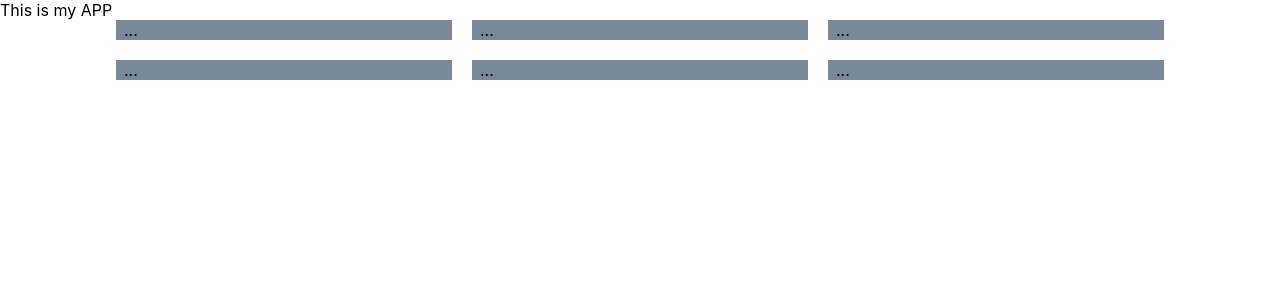
Repository: vnevescode/ui-components-react
Page: /
An editor plug-in stored every save of this project. The page is shown before and after the next save, followed by the edit.
The browser window is 1280 px wide. The pictures show the whole page.
The project was rebuilt for these pictures with package versions that can differ from the ones it lists, and the page was loaded fresh each time.

Above is the page before, as saved 2022-06-09 22:22:31.

### src/App.js
import React from 'react';
import Cards from './components/Cards/Cards';

function App() {
  return (
    <div className="App">
      <div>This is my APP</div>
      <Cards/>
    </div>
  );
}

export default App;

### src/components/Cards/Cards.jsx
import React from 'react'
import './Cards.style.css'

const Cards = () => {
  return (
    <>
        <div className="cards">
            {/* A card with given width */}
            <div className="cards__item">
                {'...'}
            </div>
            {/* Repeat other cards */}
            <div className="cards__item">
                {'...'}
            </div>
            <div className="cards__item">
                {'...'}
            </div>
            <div className="cards__item">
                {'...'}
            </div>
            <div className="cards__item">
                {'...'}
            </div>
            <div className="cards__item">
                {'...'}
            </div>
        </div>
    </>
  )
}

export default Cards

### src/components/Cards/Cards.style.css

.cards{
    display: flex;
    /* flex-direction: column; */
    justify-content: center;
    flex-wrap: wrap;
    gap: 20px;
    width: 100%;
}

.cards__item{
    /* width: 50px;
    height: 50px; */
    flex-basis: 25%;
    padding-left: 8px;
    padding-right: 8px;
    background-color: lightslategray;
}

Loaded but not shown: public/index.html (common file); src/index.js (common file); src/index.css (common file)

After the next save:
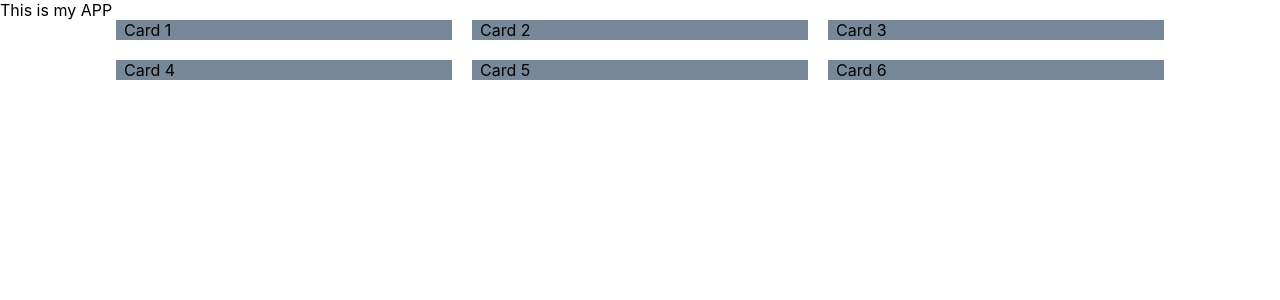
Saved 35 s later.
--- a/src/components/Cards/Cards.jsx
+++ b/src/components/Cards/Cards.jsx
@@ -7,23 +7,23 @@ const Cards = () => {
         <div className="cards">
             {/* A card with given width */}
             <div className="cards__item">
-                {'...'}
+                {'Card 1'}
             </div>
             {/* Repeat other cards */}
             <div className="cards__item">
-                {'...'}
+                {'Card 2'}
             </div>
             <div className="cards__item">
-                {'...'}
+                {'Card 3'}
             </div>
             <div className="cards__item">
-                {'...'}
+                {'Card 4'}
             </div>
             <div className="cards__item">
-                {'...'}
+                {'Card 5'}
             </div>
             <div className="cards__item">
-                {'...'}
+                {'Card 6'}
             </div>
         </div>
     </>
